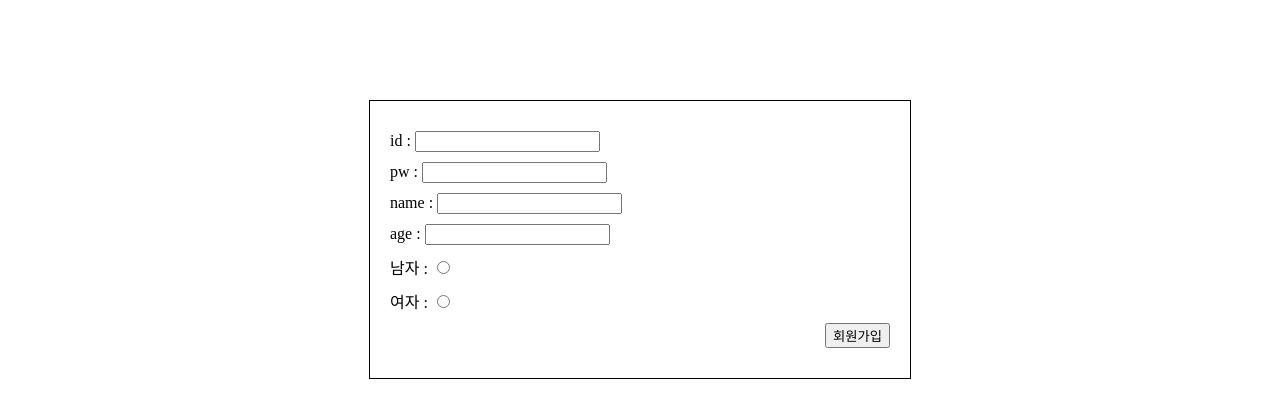
Repository: Kimth520/JSP-study
Page: http://localhost/day05_mvcTest/app/member/join.jsp
These files come from the project's save history. The page is drawn as it stood at one moment and after the next save; the edit follows.
The browser window is 1280 px wide. The pictures show the whole page.
The page is served by Tomcat 9. Other server files are loaded and not shown.

Above is the page before, as saved 2025-01-16 06:34:52.

### workspace/day05_mvcTest/src/main/webapp/app/member/join.jsp
<%@ page language="java" contentType="text/html; charset=UTF-8"
    pageEncoding="UTF-8"%>
<!DOCTYPE html>
<html>
<head>
<meta charset="UTF-8">
<title>Insert title here</title>
<!--css, js, img 등의 파일을 우리 이클립스 기준으로 잡는게 아니라
우리가 만든 파일들도 웹상에 같이 올라가기 때문에 url 경로로 잡아야 함
루트 경롤르 우리가 설정한 /day05_mvcTest로 직접 명시하면 나중에 루트가 바뀌었을 때 전부 수정해야함
jstl에서 제공하는 ${PageContext.request.contextPath}를 사용하여 루트 경로 설정
-->
<link rel="stylesheet" href="${pageContext.request.contextPath}/assets/css/member/join.css" />
</head>
<body>
	<main>
		<form action="" method="post">
			<div class="id">
				id : <input type="text" name="memberId" />
			</div>
			<div class="password">
				pw : <input type="password" name="memberPassword" />
			</div>
			<div class="name">
				name : <input type="text" name="memberName" />
			</div>
			<div class="age">
				age : <input type="text" name="memberAge" />
			</div>
			<div class="gender">
				<div>
					남자 : <input type="radio" name="memberGender" value="M" />
				</div>
				<div>
					여자 : <input type="radio" name="memberGender" value="W" />
				</div>
			</div>
			<div class="btn">
				<button>회원가입</button>
			</div>
		</form>
	</main>
</body>
</html>

### workspace/day05_mvcTest/src/main/webapp/assets/css/member/join.css
@charset "UTF-8";
main{
	width : 500px;
	margin: 100px auto;
	border: 1px solid black;
	padding: 20px;
}

div{
	margin : 10px 0;
}

.btn{
	text-align : right;
}

After the next save:
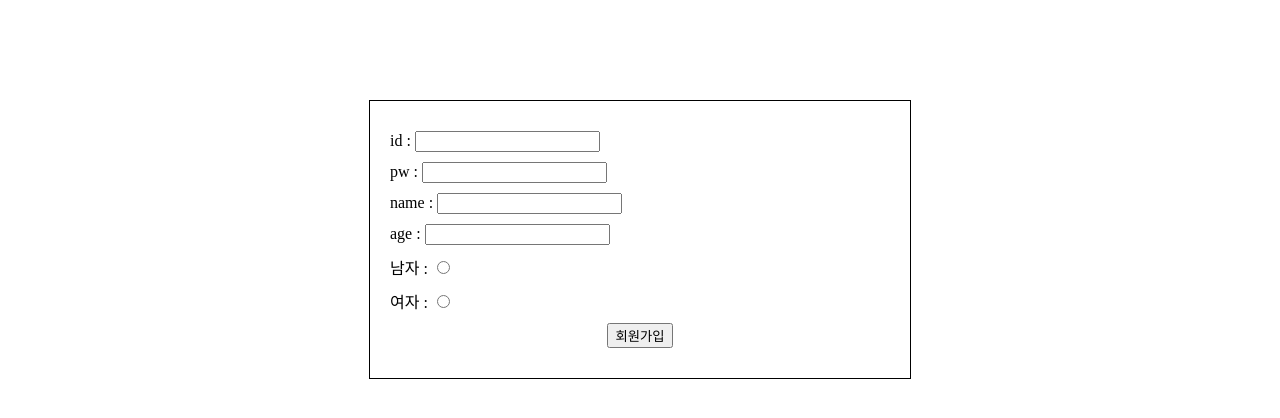
Saved 13 s later.
--- a/workspace/day05_mvcTest/src/main/webapp/assets/css/member/join.css
+++ b/workspace/day05_mvcTest/src/main/webapp/assets/css/member/join.css
@@ -11,5 +11,5 @@ div{
 }
 
 .btn{
-	text-align : right;
+	text-align : center;
 }
